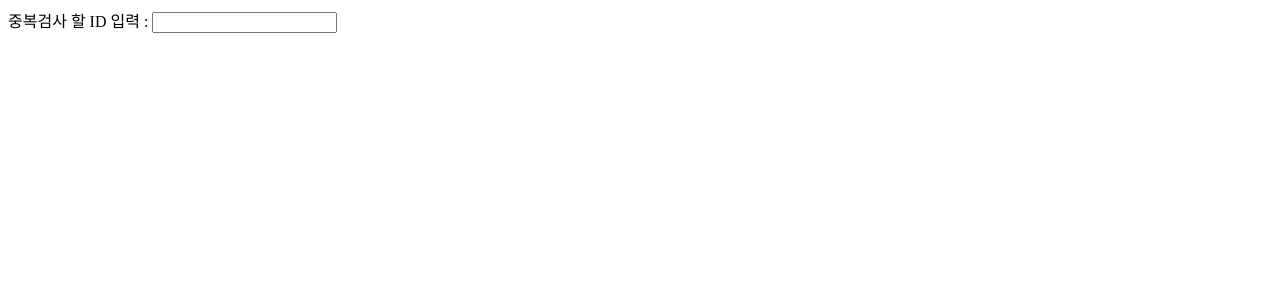
Repository: minimelody/servlet
Page: webworkspace2/web1/WebContent/views/member/idCheck.html
These files come from the project's save history. The page is drawn as it stood at one moment and after a run of saves; the edit follows.
The browser window is 1280 px wide. The pictures show the whole page.

Above is the page before, as saved 2018-05-21 09:06:47.

After the next 2 saves:
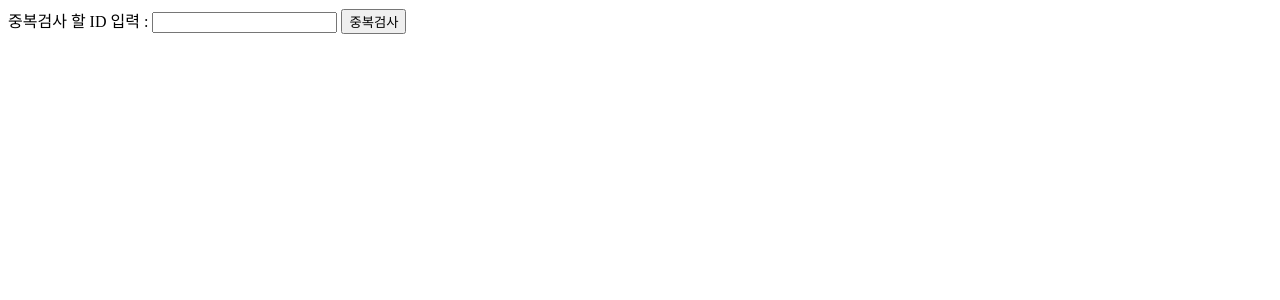
The 2 saves are shown as one change because they came seconds apart.
The last was saved 20 s later.
--- a/webworkspace2/web1/WebContent/views/member/idCheck.html
+++ b/webworkspace2/web1/WebContent/views/member/idCheck.html
@@ -6,7 +6,8 @@
 </head>
 <body>
 <form action="idCheck.jsp" method="get">
-중복검사 할 ID 입력 : <input type="text" id="id">
+	중복검사 할 ID 입력 : <input type="text" id="id">
+	<input type="submit" value="중복검사">
 </form>
 </body>
 </html>
